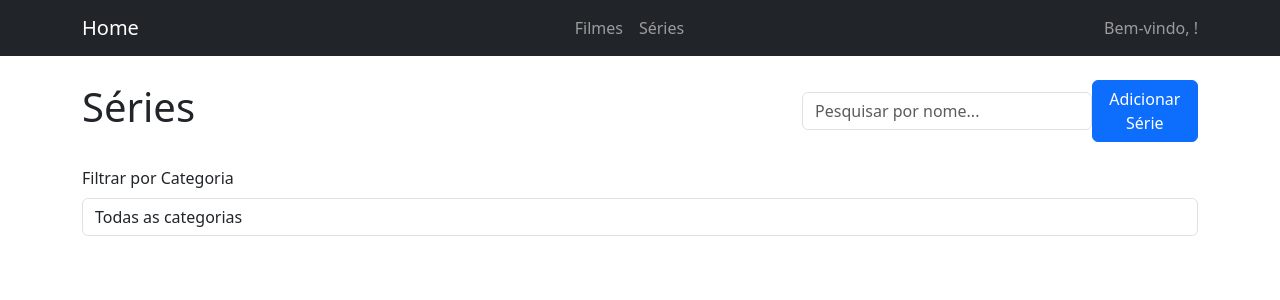
Repository: LeandroFariasMatos/Dev-web
Page: /Series (app in frontend/dev-web/)
These files come from the project's save history. The page is drawn as it stood at one moment and after the next save; the edit follows.
The browser window is 1280 px wide. The pictures show the whole page.
The page's requests for data from a server got no answer. The project was rebuilt for these pictures with package versions that can differ from the ones it lists, and the page was loaded fresh each time. No one was signed in, and anything a server would have sent is missing. Also part of the build but not shown: frontend/dev-web/src/pages/Home.tsx, frontend/dev-web/src/components/FilmeCard.css, frontend/dev-web/src/components/FilmeCard.tsx, frontend/dev-web/src/services/FilmesApi.tsx, frontend/dev-web/src/pages/Filmes.tsx, frontend/dev-web/src/components/SerieCard.css, frontend/dev-web/src/components/SerieCard.tsx, frontend/dev-web/src/pages/Filme.tsx and 6 more.

Above is the page before, as saved 2024-07-07 16:40:20.

After the next save:
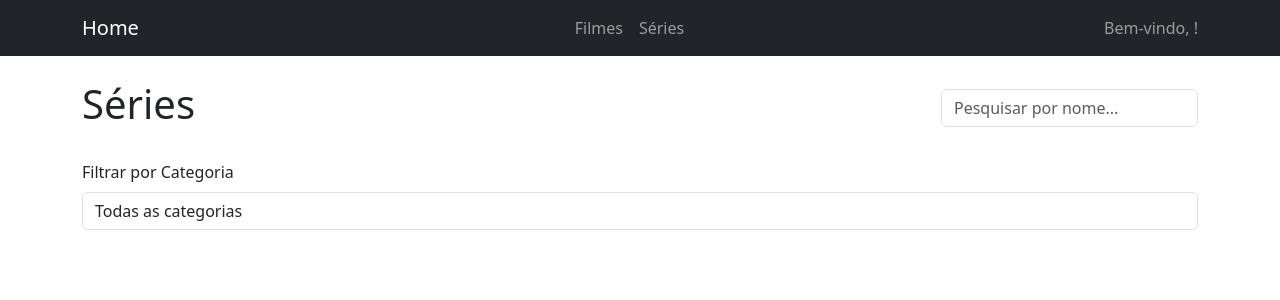
Saved 104 s later.
--- a/frontend/dev-web/src/pages/Series.tsx
+++ b/frontend/dev-web/src/pages/Series.tsx
@@ -1,6 +1,6 @@
 import React, { useEffect, useState } from 'react';
 import { Container, Row, Col, Spinner, Alert, Navbar, Nav, Button, Form, Modal, Pagination } from 'react-bootstrap';
-import { Link } from 'react-router-dom';
+import { Link, useNavigate } from 'react-router-dom';
 import { SerieInter, fetchSeries } from '../services/SeriesApi';
 import SerieCard from '../components/SerieCard';
 import moment from 'moment';
@@ -25,6 +25,7 @@ const Series: React.FC = () => {
     const seriesPerPage = 9;
     const user = JSON.parse(localStorage.getItem('user') || '{}');
     const userName = user.nome || '';
+    const navigate = useNavigate();
 
     useEffect(() => {
         const getSeries = async () => {
@@ -119,14 +120,14 @@ const Series: React.FC = () => {
         <>
             <Navbar bg="dark" variant="dark">
                 <Container>
-                <Navbar.Brand href="/Home">Home</Navbar.Brand>
-                <Nav className="mr-auto">
-                    <Nav.Link href="/Filmes">Filmes</Nav.Link>
-                    <Nav.Link href="/Series">Séries</Nav.Link>
-                </Nav>
-                <Navbar.Text>
-                    Bem-vindo, {userName}!
-                </Navbar.Text>
+                    <Navbar.Brand href="/Home">Home</Navbar.Brand>
+                    <Nav className="mr-auto">
+                        <Nav.Link href="/Filmes">Filmes</Nav.Link>
+                        <Nav.Link href="/Series">Séries</Nav.Link>
+                    </Nav>
+                    <Navbar.Text>
+                        Bem-vindo, {userName}!
+                    </Navbar.Text>
                 </Container>
             </Navbar>
             <Container>
@@ -139,7 +140,9 @@ const Series: React.FC = () => {
                             value={searchText}
                             onChange={handleSearchChange}
                         />
-                        <Button variant="primary" className="ml-2" onClick={handleShowModal}>Adicionar Série</Button>
+                        {user && user.role === 'admin' && (
+                            <Button variant="primary" className="ml-2" onClick={handleShowModal}>Adicionar Série</Button>
+                        )}
                     </div>
                 </div>
                 {loading && <Spinner animation="border" />}
